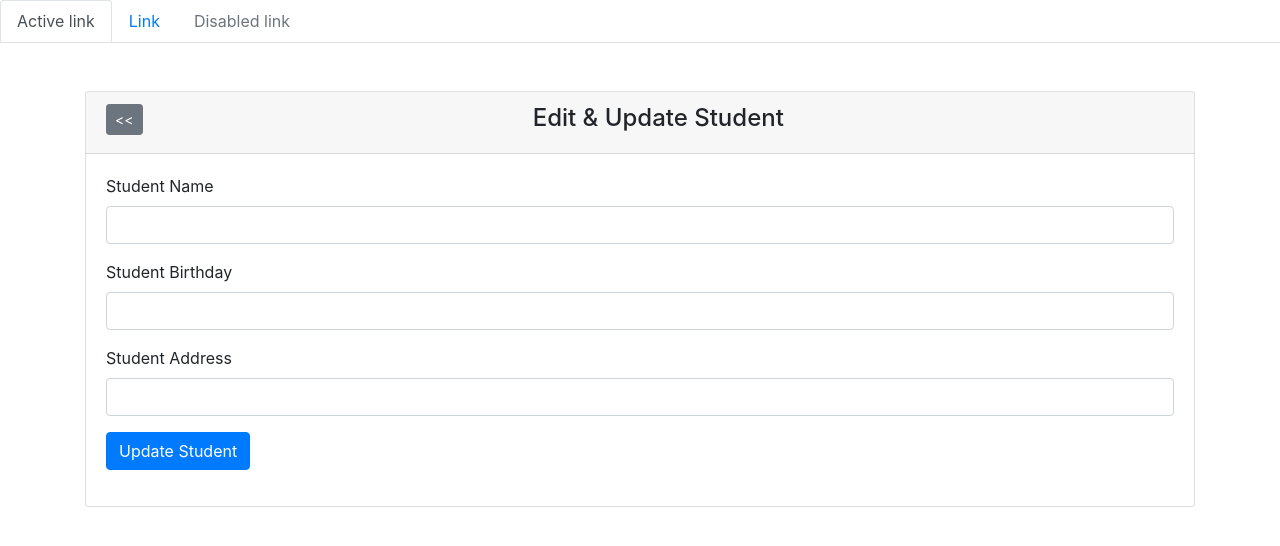
Repository: HungRau/TLU3675-php-laravel
Page: resources/views/student_edit.blade.php
These files come from the project's save history. The page is drawn as it stood at one moment and after the next save; the edit follows.
The browser window is 1280 px wide. The pictures show the whole page.
The page is served by the project's Laravel application, run on PHP 8.4 with Laravel 9. The template is opened directly, without the code that normally fills it, so the values that code supplies are empty.

Above is the page before, as saved 2022-10-15 18:56:31.

After the next save:
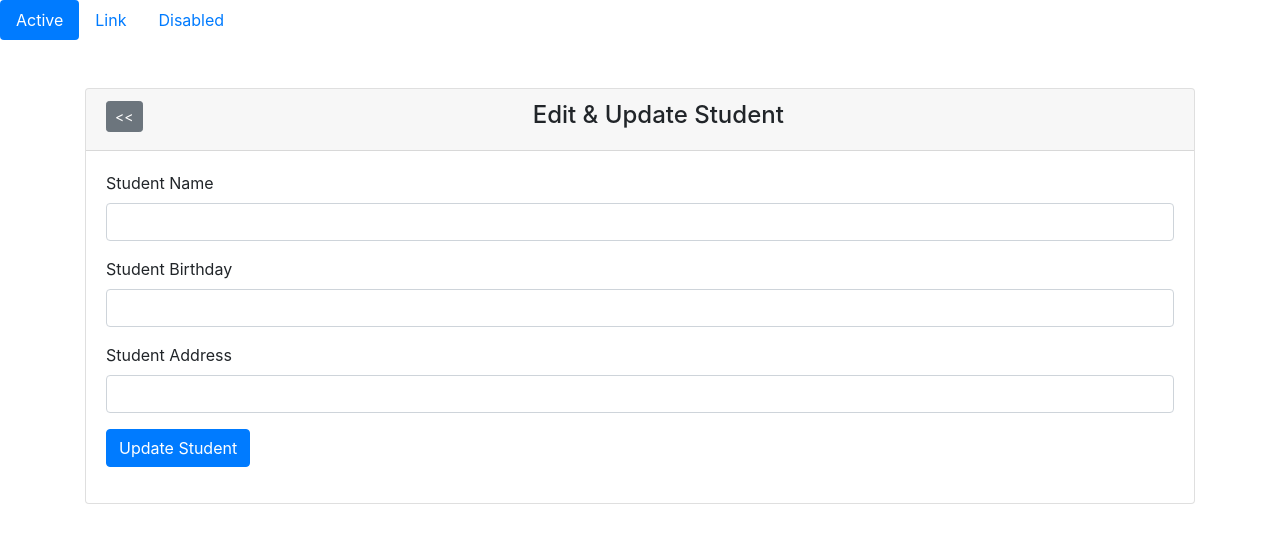
Saved 14 s later.
--- a/resources/views/student_edit.blade.php
+++ b/resources/views/student_edit.blade.php
@@ -10,11 +10,17 @@
     <link rel="stylesheet" href="https://stackpath.bootstrapcdn.com/bootstrap/4.3.1/css/bootstrap.min.css" integrity="sha384-ggOyR0iXCbMQv3Xipma34MD+dH/1fQ784/j6cY/iJTQUOhcWr7x9JvoRxT2MZw1T" crossorigin="anonymous">
   </head>
   <body>
-    <nav class="nav nav-tabs nav-stacked">
-        <a class="nav-link active" href="#">Active link</a>
-        <a class="nav-link" href="#">Link</a>
-        <a class="nav-link disabled" href="#">Disabled link</a>
-    </nav>
+    <ul class="nav nav-pills nav-stacked">
+        <li class="nav-item">
+            <a href="#" class="nav-link active">Active</a>
+        </li>
+        <li class="nav-item">
+            <a href="#" class="nav-link">Link</a>
+        </li>
+        <li class="nav-item disabled">
+            <a href="#" class="nav-link">Disabled</a>
+        </li>
+    </ul>
     <div class="container">
       <div class="row">
           <div class="col-md-12 mt-5">@if(session('status'))
